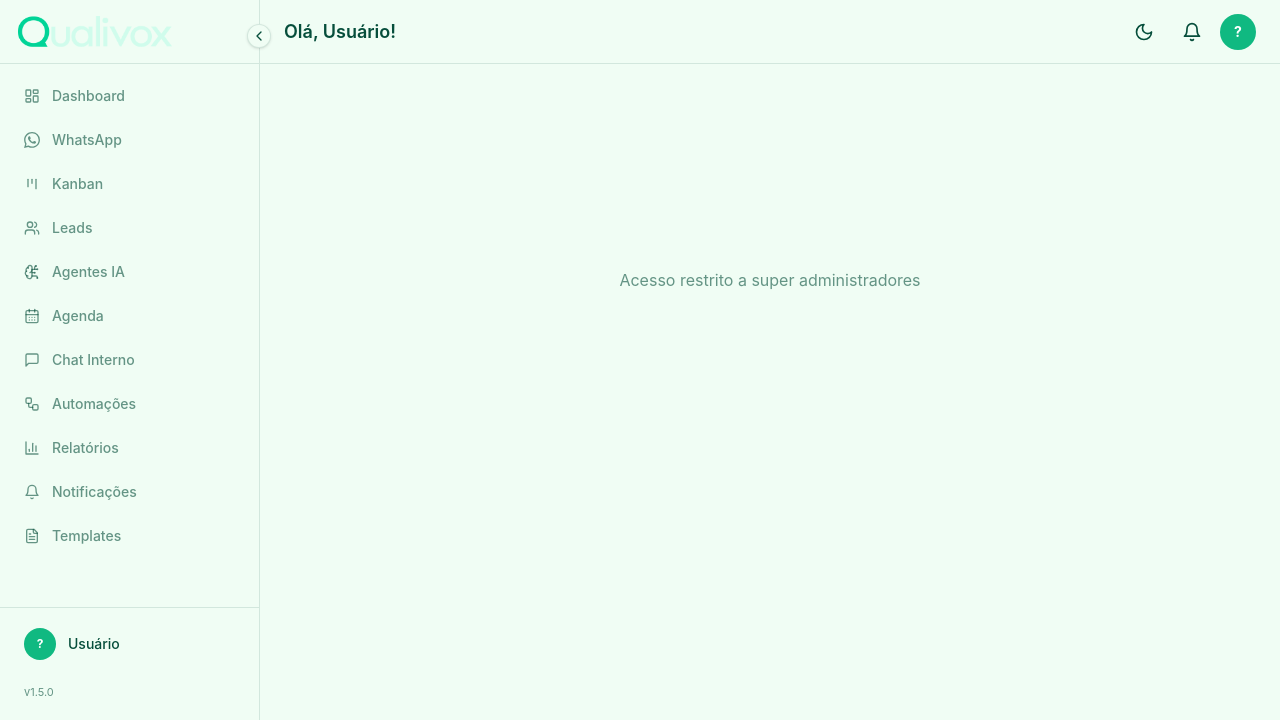
Repository: agclickon/qualivox
Page: /admin
These files come from the project's save history. The page is drawn as it stood at one moment and after the next save; the edit follows.
The browser window is 1280 px wide. The pictures show the whole page.
The page's requests for data from a server got no answer. The project was rebuilt for these pictures with package versions that can differ from the ones it lists, and the page was loaded fresh each time. The framework's server and built-in components were replaced by stand-ins that run in the browser. No one was signed in, and anything a server would have sent is missing. Also part of the build but not shown: next.config.js, src/components/ui/tooltip.tsx, src/components/layout/breadcrumbs.tsx, src/components/plan-usage-banner.tsx, src/components/ui/card.tsx, src/components/ui/tabs.tsx, src/components/ui/input.tsx, src/components/ui/label.tsx and 1 more.

Above is the page before, as saved 2026-04-13 12:54:34.

After the next save:
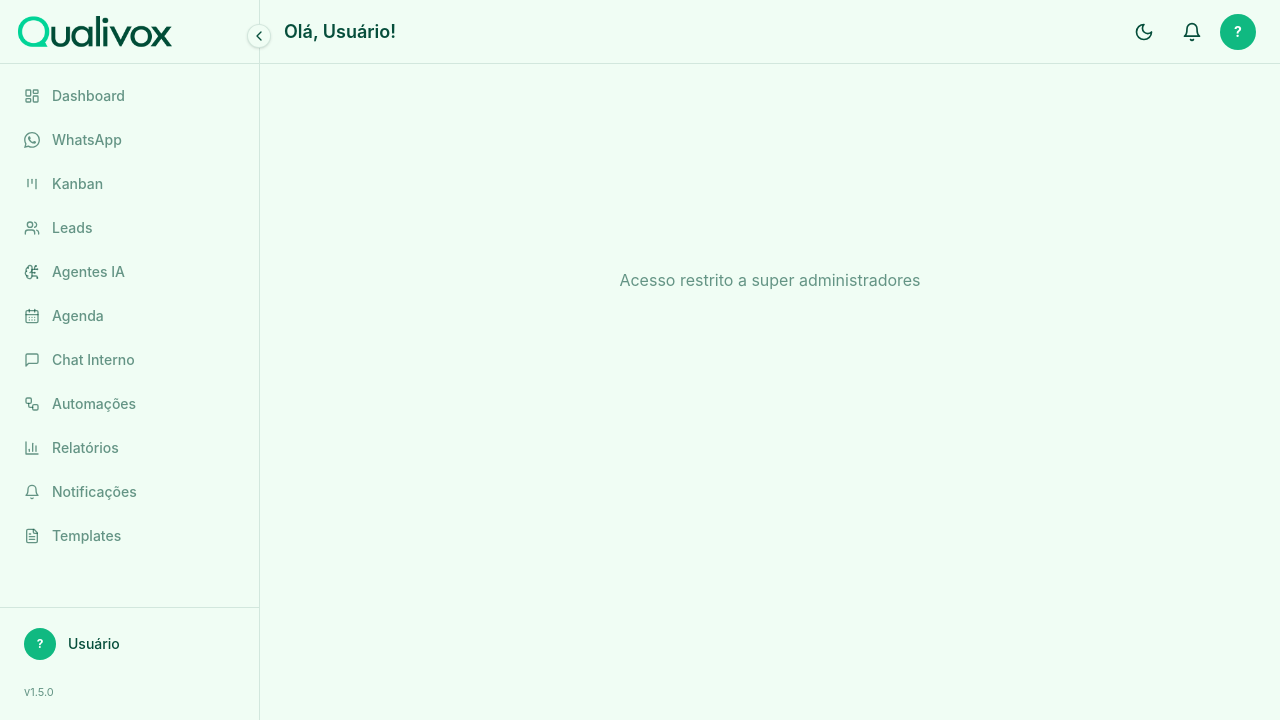
Saved 2 min 42 s later.
--- a/src/components/layout/sidebar.tsx
+++ b/src/components/layout/sidebar.tsx
@@ -97,12 +97,12 @@
             // Logo completa proporcional quando expandido
             <div className="flex items-center justify-center overflow-hidden">
               <img
-                src="/logo/logo-qualivox-black.png"
+                src="/logo/logo-qualivox-white.png"
                 alt="Qualivox"
                 className="h-9 w-auto object-contain dark:hidden"
               />
               <img
-                src="/logo/logo-qualivox-white.png"
+                src="/logo/logo-qualivox-black.png"
                 alt="Qualivox"
                 className="h-9 w-auto object-contain hidden dark:block"
               />
